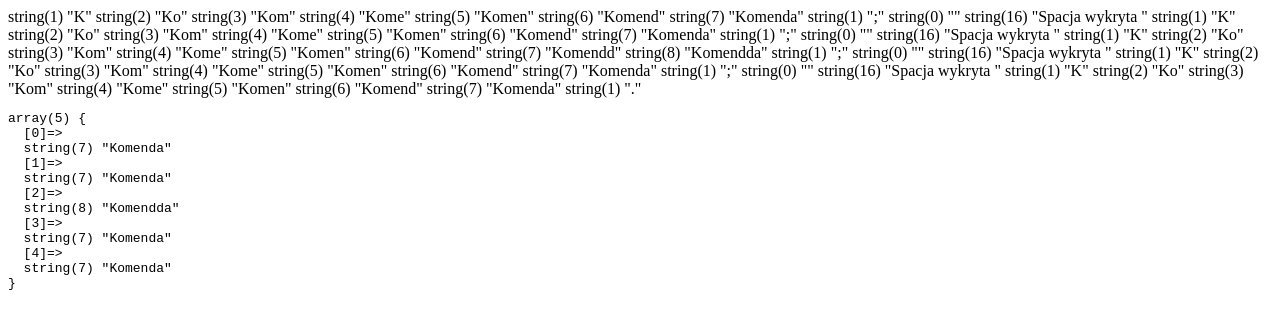
Repository: mahoone/revising_php
Page: http://localhost/Config.php
The author's editor kept a copy of each file at every save. The page is drawn from the files as they stood at one save, then again after the next save.
The browser window is 1280 px wide. The pictures show the whole page.
The page is run by PHP 8.4 with error messages shown; the project is at /var/www/html/.

Above is the page before, as saved 2020-06-01 22:10:59.

After the next save:
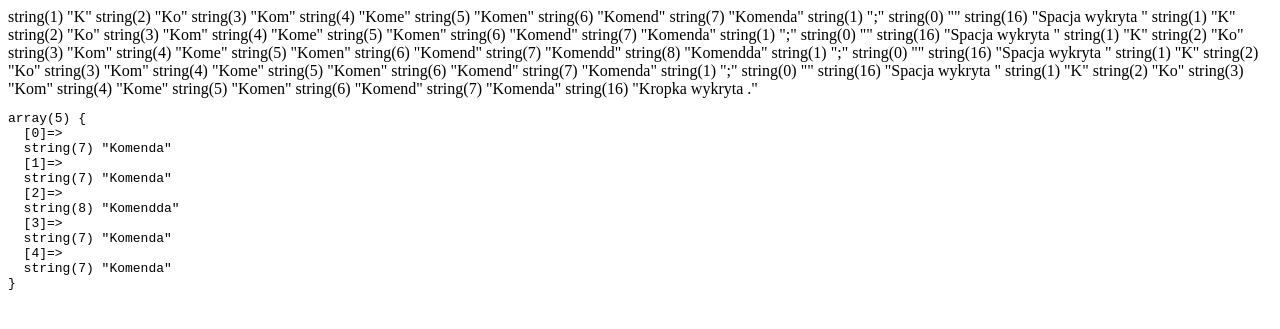
Saved 8 s later.
--- a/Config.php
+++ b/Config.php
@@ -12,7 +12,7 @@ for($i = 0; $i < strlen($tekst); $i++)
             var_dump('Spacja wykryta '.$tekst[$i]);
             continue 2;
         case '.':
-            var_dump(''.$tekst[$i]);
+            var_dump('Kropka wykryta '.$tekst[$i]);
             break 2;
         case ';':
             $t++;
